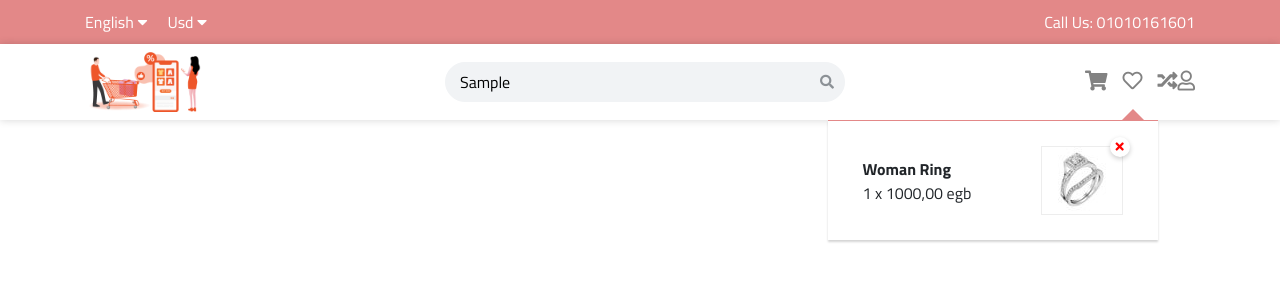
Repository: amrh20/ecommerce-temp
Page: src/index.html
An editor plug-in stored every save of this project. The page is shown before and after the next save, followed by the edit.
The browser window is 1280 px wide. The pictures show the whole page.
Empty fields were first filled with sample values (such as "Sample", 5 or name@example.com).
After loading, the first visible `div.wishlist-view` was clicked once.
The style sheet was rebuilt from its Sass, Less or Tailwind sources for each picture, by a compiler version that may differ from the author's.

Above is the page before, as saved 2020-01-19 12:00:59.

After the next save:
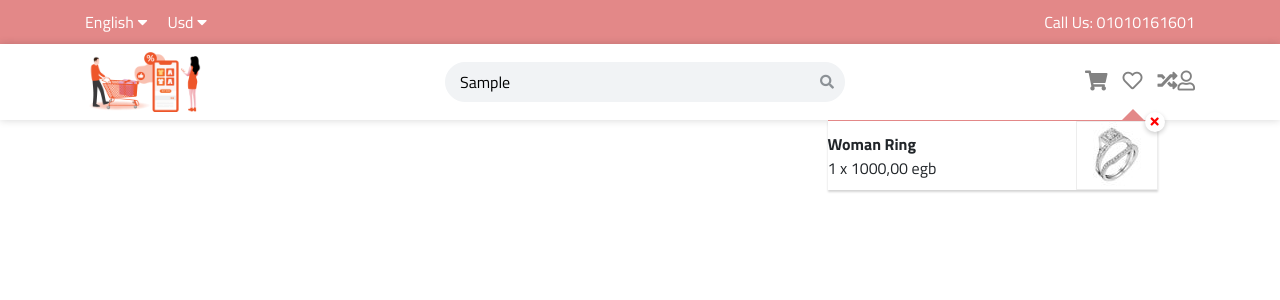
Saved 54 s later.
--- a/src/styles/header.scss
+++ b/src/styles/header.scss
@@ -167,7 +167,7 @@
           margin-right: 15px;
           position: relative;
           .wishlist-view_content {
-          padding: 25px 35px;
+          // padding: 25px 35px;
           border-top: 1px solid $main-color;
           min-width: 330px;
           }
